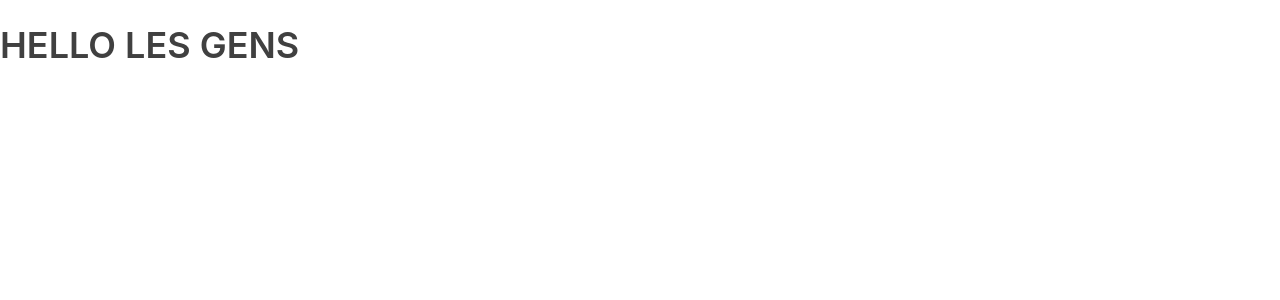
Repository: romgrm/firstAppInReact
Page: /
These files come from the project's save history. The page is drawn as it stood at one moment and after a run of saves; the edit follows.
The browser window is 1280 px wide. The pictures show the whole page.
The project was rebuilt for these pictures with package versions that can differ from the ones it lists, and the page was loaded fresh each time.

Above is the page before, as saved 2020-11-15 18:23:09.

### public/index.html
<!DOCTYPE html>
<html lang="en">
  <head>
    <meta charset="utf-8" />
    <meta name="viewport" content="width=device-width, initial-scale=1, shrink-to-fit=no" />
    <title>React App</title>
  </head>
  <body>
    <noscript>
    </noscript>
    <div id="root"></div>
  </body>
</html>

### src/App.js
import React, { Component } from 'react';

class App extends Component {
    render() {
      return (
        <div className="App">
          <h1>HELLO LES GENS</h1>
        </div>
      )
    }
  }

  export default App

### src/index.css
/*!
 * Primitive UI | MIT License
 *
 * A minimalist front-end design toolkit built with Sass for developing
 * responsive, browser-consistent web apps.
 *
 * Author: Tania Rascia <hello@taniarascia.com>
 * Source: https://github.com/taniarascia/primitive
 * Documentation: https://taniarascia.github.io/primitive
 */
/**
 * Variables
 *
 * The majority of the configuration for the toolkit.
 */
/*! normalize.css v8.0.1 | MIT License | github.com/necolas/normalize.css */
/* Document
   ========================================================================== */
/**
 * 1. Correct the line height in all browsers.
 * 2. Prevent adjustments of font size after orientation changes in iOS.
 */
 html {
  line-height: 1.15;
  /* 1 */
  -webkit-text-size-adjust: 100%;
  /* 2 */
}

/* Sections
   ========================================================================== */
/**
 * Remove the margin in all browsers.
 */
body {
  margin: 0;
}

/**
 * Render the `main` element consistently in IE.
 */
main {
  display: block;
}

/**
 * Correct the font size and margin on `h1` elements within `section` and
 * `article` contexts in Chrome, Firefox, and Safari.
 */
h1 {
  font-size: 2em;
  margin: 0.67em 0;
}

/* Grouping content
   ========================================================================== */
/**
 * 1. Add the correct box sizing in Firefox.
 * 2. Show the overflow in Edge and IE.
 */
hr {
  box-sizing: content-box;
  /* 1 */
  height: 0;
  /* 1 */
  overflow: visible;
  /* 2 */
}

/**
 * 1. Correct the inheritance and scaling of font size in all browsers.
 * 2. Correct the odd `em` font sizing in all browsers.
 */
pre {
  font-family: monospace, monospace;
  /* 1 */
  font-size: 1em;
  /* 2 */
}

/* Text-level semantics
   ========================================================================== */
/**
 * Remove the gray background on active links in IE 10.
 */
a {
  background-color: transparent;
}

/**
 * 1. Remove the bottom border in Chrome 57-
 * 2. Add the correct text decoration in Chrome, Edge, IE, Opera, and Safari.
 */
abbr[title] {
  border-bottom: none;
  /* 1 */
  text-decoration: underline;
  /* 2 */
  text-decoration: underline dotted;
  /* 2 */
}

/**
 * Add the correct font weight in Chrome, Edge, and Safari.
 */
b,
strong {
  font-weight: bolder;
}

/**
 * 1. Correct the inheritance and scaling of font size in all browsers.
 * 2. Correct the odd `em` font sizing in all browsers.
 */
code,
kbd,
samp {
  font-family: monospace, monospace;
  /* 1 */
  font-size: 1em;
  /* 2 */
}

/**
 * Add the correct font size in all browsers.
 */
small {
  font-size: 80%;
}

/**
 * Prevent `sub` and `sup` elements from affecting the line height in
 * all browsers.
 */
sub,
sup {
  font-size: 75%;
  line-height: 0;
  position: relative;
  vertical-align: baseline;
}

sub {
  bottom: -0.25em;
}

sup {
  top: -0.5em;
}

/* Embedded content
   ========================================================================== */
/**
 * Remove the border on images inside links in IE 10.
 */
img {
  border-style: none;
}

/* Forms
   ========================================================================== */
/**
 * 1. Change the font styles in all browsers.
 * 2. Remove the margin in Firefox and Safari.
 */
button,
input,
optgroup,
select,
textarea {
  font-family: inherit;
  /* 1 */
  font-size: 100%;
  /* 1 */
  line-height: 1.15;
  /* 1 */
  margin: 0;
  /* 2 */
}

/**
 * Show the overflow in IE.
 * 1. Show the overflow in Edge.
 */
button,
input {
  /* 1 */
  overflow: visible;
}

/**
 * Remove the inheritance of text transform in Edge, Firefox, and IE.
 * 1. Remove the inheritance of text transform in Firefox.
 */
button,
select {
  /* 1 */
  text-transform: none;
}

/**
 * Correct the inability to style clickable types in iOS and Safari.
 */
button,
[type='button'],
[type='reset'],
[type='submit'] {
  -webkit-appearance: button;
}

/**
 * Remove the inner border and padding in Firefox.
 */
button::-moz-focus-inner,
[type='button']::-moz-focus-inner,
[type='reset']::-moz-focus-inner,
[type='submit']::-moz-focus-inner {
  border-style: none;
  padding: 0;
}

/**
 * Restore the focus styles unset by the previous rule.
 */
button:-moz-focusring,
[type='button']:-moz-focusring,
[type='reset']:-moz-focusring,
[type='submit']:-moz-focusring {
  outline: 1px dotted ButtonText;
}

/**
 * Correct the padding in Firefox.
 */
fieldset {
  padding: 0.35em 0.75em 0.625em;
}

/**
 * 1. Correct the text wrapping in Edge and IE.
 * 2. Correct the color inheritance from `fieldset` elements in IE.
 * 3. Remove the padding so developers are not caught out when they zero out
 *    `fieldset` elements in all browsers.
 */
legend {
  box-sizing: border-box;
  /* 1 */
  color: inherit;
  /* 2 */
  display: table;
  /* 1 */
  max-width: 100%;
  /* 1 */
  padding: 0;
  /* 3 */
  white-space: normal;
  /* 1 */
}

/**
 * Add the correct vertical alignment in Chrome, Firefox, and Opera.
 */
progress {
  vertical-align: baseline;
}

/**
 * Remove the default vertical scrollbar in IE 10+.
 */
textarea {
  overflow: auto;
}

/**
 * 1. Add the correct box sizing in IE 10.
 * 2. Remove the padding in IE 10.
 */
[type='checkbox'],
[type='radio'] {
  box-sizing: border-box;
  /* 1 */
  padding: 0;
  /* 2 */
}

/**
 * Correct the cursor style of increment and decrement buttons in Chrome.
 */
[type='number']::-webkit-inner-spin-button,
[type='number']::-webkit-outer-spin-button {
  height: auto;
}

/**
 * 1. Correct the odd appearance in Chrome and Safari.
 * 2. Correct the outline style in Safari.
 */
[type='search'] {
  -webkit-appearance: textfield;
  /* 1 */
  outline-offset: -2px;
  /* 2 */
}

/**
 * Remove the inner padding in Chrome and Safari on macOS.
 */
[type='search']::-webkit-search-decoration {
  -webkit-appearance: none;
}

/**
 * 1. Correct the inability to style clickable types in iOS and Safari.
 * 2. Change font properties to `inherit` in Safari.
 */
::-webkit-file-upload-button {
  -webkit-appearance: button;
  /* 1 */
  font: inherit;
  /* 2 */
}

/* Interactive
   ========================================================================== */
/*
 * Add the correct display in Edge, IE 10+, and Firefox.
 */
details {
  display: block;
}

/*
 * Add the correct display in all browsers.
 */
summary {
  display: list-item;
}

/* Misc
   ========================================================================== */
/**
 * Add the correct display in IE 10+.
 */
template {
  display: none;
}

/**
 * Add the correct display in IE 10.
 */
[hidden] {
  display: none;
}

html {
  box-sizing: border-box;
}

*,
*::before,
*::after {
  box-sizing: inherit;
}

figure {
  margin: 0;
}

/**
 * Scaffolding
 */
html {
  -webkit-font-smoothing: antialiased;
  -moz-osx-font-smoothing: grayscale;
  font: normal normal normal 1rem/1.6 -apple-system, BlinkMacSystemFont, Helvetica Neue, Helvetica, Arial, sans-serif;
  font-size: 1rem;
}

body {
  color: #404040;
  background: white;
  font-size: 1rem;
}

p,
ol,
ul,
dl,
table {
  margin: 0 0 1.5rem 0;
}

ul li ul {
  margin-bottom: 0;
}

ol li ol {
  margin-bottom: 0;
}

h1,
h2,
h3,
h4,
h5 {
  margin: 1.5rem 0;
  font-weight: 600;
  font-family: -apple-system, BlinkMacSystemFont, Helvetica Neue, Helvetica, Arial, sans-serif;
  line-height: 1.2;
  color: #404040;
}

h1:not(:first-child),
h2:not(:first-child),
h3:not(:first-child),
h4:not(:first-child),
h5:not(:first-child) {
  margin: 1.5rem 0;
}

h1:not(:first-child),
h2:not(:first-child),
h3:not(:first-child) {
  margin-top: 2rem;
}

h1 {
  font-size: 1.75rem;
}

h2 {
  font-size: 1.5rem;
}

h3 {
  font-size: 1.25rem;
}

h4 {
  font-size: 1.1rem;
}

h5 {
  font-size: 1rem;
}

@media (min-width: 600px) {
  h1:not(:first-child),
  h2:not(:first-child),
  h3:not(:first-child) {
    margin-top: 2.5rem;
  }
  h1 {
    font-size: 2.25rem;
  }
  h2 {
    font-size: 2rem;
  }
  h3 {
    font-size: 1.75rem;
  }
  h4 {
    font-size: 1.5rem;
  }
  h5 {
    font-size: 1.25rem;
  }
}

a {
  color: #0366ee;
  text-decoration: none;
}

a:hover, a:active, a:focus {
  color: #0246a2;
  text-decoration: underline;
}

mark {
  background: #ffeea8;
  padding: 0 0.2rem;
}

blockquote {
  margin: 0 0 1.5rem 0;
  border-left: 16px solid #f0f0f0;
  padding: 0 1.5rem;
  font-size: 1.5rem;
}

blockquote cite {
  display: block;
  margin-top: 1.5rem;
  font-size: 1rem;
  text-align: right;
}

pre {
  border: 0;
  border-radius: 4px;
  background: transparent;
  padding: 1rem;
  tab-size: 2;
  color: #404040;
  font-family: Menlo, monospace;
  font-size: 14px;
  margin: 0 0 1.5rem 0;
}

pre code {
  font-family: Menlo, monospace;
  line-height: 1.2;
}

kbd {
  background-color: #f7f7f7;
  border: 1px solid #ccc;
  border-radius: 3px;
  box-shadow: 0 1px 0 rgba(0, 0, 0, 0.2), 0 0 0 2px #fff inset;
  color: #333;
  display: inline-block;
  font-family: Helvetica, Arial, sans-serif;
  font-size: 13px;
  line-height: 1.4;
  margin: 0 0.1em;
  padding: 0.1em 0.6em;
  text-shadow: 0 1px 0 #fff;
}

:not(pre) > code {
  color: #404040;
  background: transparent;
  font-family: Menlo, monospace;
  font-size: 14px;
  padding: 0 0.2rem;
  border: 1px solid #dedede;
  border-radius: 4px;
}

hr {
  height: 0;
  border: 0;
  border-top: 1px solid #dedede;
}

dt {
  font-weight: 600;
}

dd {
  margin-bottom: 0.5rem;
}

.full-container {
  max-width: 100%;
  padding: 0 1rem;
}

.container, .small-container, .medium-container {
  max-width: 1200px;
  padding: 0 1rem;
  margin-left: auto;
  margin-right: auto;
}

.small-container {
  max-width: 800px;
}

.medium-container {
  max-width: 1000px;
}

.content-section {
  padding: 30px 0;
}

@media (min-width: 600px) {
  .content-section {
    padding: 60px 0;
  }
}

/**
 * Grid
 */
.flex-small,
.flex-large {
  padding-left: 1rem;
  padding-right: 1rem;
}

.flex-row {
  margin-left: -1rem;
  margin-right: -1rem;
}

.flex-row {
  display: flex;
  flex-direction: row;
  flex-wrap: wrap;
}

.flex-small,
.flex-large {
  flex-basis: 100%;
  margin-bottom: 1rem;
}

/* Small screen breakpoint */
@media (min-width: 600px) {
  .flex-small {
    flex: 1;
    margin-bottom: 0;
  }
  .flex-small.half {
    flex: 0 0 calc(1 / 2 * 100%);
  }
  .flex-small.one-fourth {
    flex: 0 0 calc(1 / 4 * 100%);
  }
  .flex-small.three-fourths {
    flex: 0 0 calc(3 / 4 * 100%);
  }
  .flex-small.one-third {
    flex: 0 0 calc(1 / 3 * 100%);
  }
  .flex-small.two-thirds {
    flex: 0 0 calc(2 / 3 * 100%);
  }
}

/* Large screen breakpoint */
@media (min-width: 1000px) {
  .flex-large {
    flex: 1;
    margin-bottom: 0;
  }
  .flex-large.half {
    flex: 0 0 calc(1 / 2 * 100%);
  }
  .flex-large.one-fourth {
    flex: 0 0 calc(1 / 4 * 100%);
  }
  .flex-large.three-fourths {
    flex: 0 0 calc(3 / 4 * 100%);
  }
  .flex-large.one-third {
    flex: 0 0 calc(1 / 3 * 100%);
  }
  .flex-large.two-thirds {
    flex: 0 0 calc(2 / 3 * 100%);
  }
}

/**
 * Helpers
 */
.clearfix::before,
.clearfix::after {
  content: ' ';
  display: block;
}

.clearfix:after {
  clear: both;
}

.text-left {
  text-align: left;
}

.text-right {
  text-align: right;
}

.text-center {
  text-align: center;
}

.text-justify {
  text-align: justify;
}

.block {
  display: block;
}

.inline-block {
  display: inline-block;
}

.inline {
  display: inline;
}

.vertical-center {
  display: flex;
  align-items: center;
  justify-content: center;
}

.responsive-image {
  max-width: 100%;
  height: auto;
}

.show {
  display: block !important;
}

.hide {
  display: none !important;
}

.invisible {
  visibility: hidden;
}

.no-padding-top {
  padding-top: 0;
}

.no-padding-bottom {
  padding-bottom: 0;
}

.padding-top {
  padding-top: 2rem;
}

.padding-bottom {
  padding-bottom: 2rem;
}

.no-margin-top {
  margin-top: 0;
}

.no-margin-bottom {
  margin-bottom: 0;
}

.margin-top {
  margin-top: 2rem;
}

.margin-bottom {
  margin-bottom: 2rem;
}

.alternate-background {
  background: #fafafa;
  color: #404040;
}

.space-between {
  justify-content: space-between;
}

.justify-center {
  justify-content: center;
}

.align-center {
  align-items: center;
}

.screen-reader-text {
  clip: rect(1px, 1px, 1px, 1px);
  position: absolute !important;
  height: 1px;
  width: 1px;
  overflow: hidden;
}

/**
 * Buttons
 */
.button, a.button, button, [type=submit], [type=reset], [type=button] {
  -webkit-appearance: none;
  display: inline-block;
  border: 1px solid #0366ee;
  border-radius: 4px;
  background: #0366ee;
  color: #ffffff;
  font-weight: 600;
  font-family: -apple-system, BlinkMacSystemFont, Helvetica Neue, Helvetica, Arial, sans-serif;
  font-size: 1rem;
  text-transform: none;
  padding: 0.75rem 1.25rem;
  margin: 0 0 0.5rem 0;
  vertical-align: middle;
  text-align: center;
  cursor: pointer;
  text-decoration: none;
  line-height: 1;
}

.button:hover, a.button:hover, button:hover, [type=submit]:hover, [type=reset]:hover, [type=button]:hover {
  border: 1px solid #0250bc;
  background: #0250bc;
  color: #ffffff;
  text-decoration: none;
}

.button:focus, .button:active, a.button:focus, a.button:active, button:focus, button:active, [type=submit]:focus, [type=submit]:active, [type=reset]:focus, [type=reset]:active, [type=button]:focus, [type=button]:active {
  border: 1px solid #0250bc;
  background: #0250bc;
  color: #ffffff;
  text-decoration: none;
}

.button::-moz-focus-inner, a.button::-moz-focus-inner, button::-moz-focus-inner, [type=submit]::-moz-focus-inner, [type=reset]::-moz-focus-inner, [type=button]::-moz-focus-inner {
  border: 0;
  padding: 0;
}

.accent-button,
a.accent-button {
  color: #ffffff;
  border: 1px solid #29de7d;
  background: #29de7d;
}

.accent-button:hover, .accent-button:focus, .accent-button:active,
a.accent-button:hover,
a.accent-button:focus,
a.accent-button:active {
  color: #ffffff;
  border: 1px solid #1cb864;
  background: #1cb864;
}

.muted-button,
a.muted-button {
  background: transparent;
  border: 1px solid #cdcdcd;
  color: #4e4e4e;
}

.muted-button:hover, .muted-button:focus, .muted-button:active,
a.muted-button:hover,
a.muted-button:focus,
a.muted-button:active {
  color: #4e4e4e;
  border: 1px solid #818181;
  background: transparent;
}

.round-button,
a.round-button {
  border-radius: 40px;
}

.square-button,
a.square-button {
  border-radius: 0;
}

.full-button,
a.full-button {
  display: block;
  width: 100%;
}

/**
 * Forms
 */
[type=color], [type=date], [type=datetime], [type=datetime-local], [type=email], [type=month], [type=number], [type=password], [type=search], [type=tel], [type=text], [type=url], [type=week], [type=time], select, textarea {
  display: block;
  border: 1px solid #dedede;
  border-radius: 4px;
  padding: 0.75rem;
  outline: none;
  background: transparent;
  margin-bottom: 0.5rem;
  font-size: 1rem;
  width: 100%;
  max-width: 100%;
  line-height: 1;
}

[type=color]:hover, [type=date]:hover, [type=datetime]:hover, [type=datetime-local]:hover, [type=email]:hover, [type=month]:hover, [type=number]:hover, [type=password]:hover, [type=search]:hover, [type=tel]:hover, [type=text]:hover, [type=url]:hover, [type=week]:hover, [type=time]:hover, select:hover, textarea:hover {
  border: 1px solid #c5c5c5;
}

[type=color]:focus, [type=color]:active, [type=date]:focus, [type=date]:active, [type=datetime]:focus, [type=datetime]:active, [type=datetime-local]:focus, [type=datetime-local]:active, [type=email]:focus, [type=email]:active, [type=month]:focus, [type=month]:active, [type=number]:focus, [type=number]:active, [type=password]:focus, [type=password]:active, [type=search]:focus, [type=search]:active, [type=tel]:focus, [type=tel]:active, [type=text]:focus, [type=text]:active, [type=url]:focus, [type=url]:active, [type=week]:focus, [type=week]:active, [type=time]:focus, [type=time]:active, select:focus, select:active, textarea:focus, textarea:active {
  border: 1px solid #0366ee;
  box-shadow: inset 0 1px 1px rgba(0, 0, 0, 0.1), 0 0 6px #8cbcfe;
}

textarea {
  overflow: auto;
  height: auto;
}

fieldset {
  border: 1px solid #dedede;
  border-radius: 4px;
  padding: 1rem;
  margin: 1.5rem 0;
}

legend {
  padding: 0 0.5rem;
  font-weight: 600;
}

select {
  color: #404040;
  -webkit-appearance: none;
  -moz-appearance: none;
  background: url(data:[embedded picture, 354 characters]) right center no-repeat;
  line-height: 1;
}

select::-ms-expand {
  display: none;
}

[type='range'] {
  width: 100%;
}

label {
  font-weight: 600;
  max-width: 100%;
  display: block;
  margin: 1rem 0 0.5rem;
}

@media (min-width: 600px) {
  .split-form label {
    text-align: right;
    padding: 0 0.5rem;
    margin-bottom: 1rem;
  }
}

input.has-error, input.has-error:hover, input.has-error:focus, input.has-error:active,
select.has-error,
select.has-error:hover,
select.has-error:focus,
select.has-error:active,
textarea.has-error,
textarea.has-error:hover,
textarea.has-error:focus,
textarea.has-error:active {
  border: 1px solid #d33c40;
  box-shadow: inset 0 1px 1px rgba(0, 0, 0, 0.1), 0 0 6px #f4cecf;
}

input.is-success, input.is-success:hover, input.is-success:focus, input.is-success:active,
select.is-success,
select.is-success:hover,
select.is-success:focus,
select.is-success:active,
textarea.is-success,
textarea.is-success:hover,
textarea.is-success:focus,
textarea.is-success:active {
  border: 1px solid #29de7d;
  box-shadow: inset 0 1px 1px rgba(0, 0, 0, 0.1), 0 0 6px #97efc0;
}

::-webkit-input-placeholder,
::-moz-placeholder,
:-moz-placeholder,
:-ms-input-placeholder {
  color: #9a9a9a;
}

/**
 * Tables
 */
table {
  border-collapse: collapse;
  border-spacing: 0;
  width: 100%;
  max-width: 100%;
}

thead th {
  border-bottom: 2px solid #dedede;
}

tfoot th {
  border-top: 2px solid #dedede;
}

td {
  border-bottom: 1px solid #dedede;
}

th,
td {
  text-align: left;
  padding: 0.5rem;
}

caption {
  padding: 1rem 0;
  caption-side: bottom;
  color: #ababab;
}

.striped-table tbody tr:nth-child(odd) {
  background-color: #f8f8f8;
}

.contain-table {
  overflow-x: auto;
}

@media (min-width: 600px) {
  .contain-table {
    width: 100%;
  }
}

/*
 * Navigation
 */
/**
 * Layout
 */

### src/Table.js
import React, {Component} from 'react'


class Table extends Composant {
    render() {
        return (
            <table>
              <thead>
                <tr>
                  <th>Name</th>
                  <th>Job</th>
                </tr>
              </thead>
              <tbody>
                <tr>
                  <td>Charlie</td>
                  <td>Janitor</td>
                </tr>
                <tr>
                  <td>Mac</td>
                  <td>Bouncer</td>
                </tr>
                <tr>
                  <td>Dee</td>
                  <td>Aspiring actress</td>
                </tr>
                <tr>
                  <td>Dennis</td>
                  <td>Bartender</td>
                </tr>
              </tbody>
            </table>
          )
    }
}

export default Table

Loaded but not shown: src/index.js (common file)

After the next 2 saves:
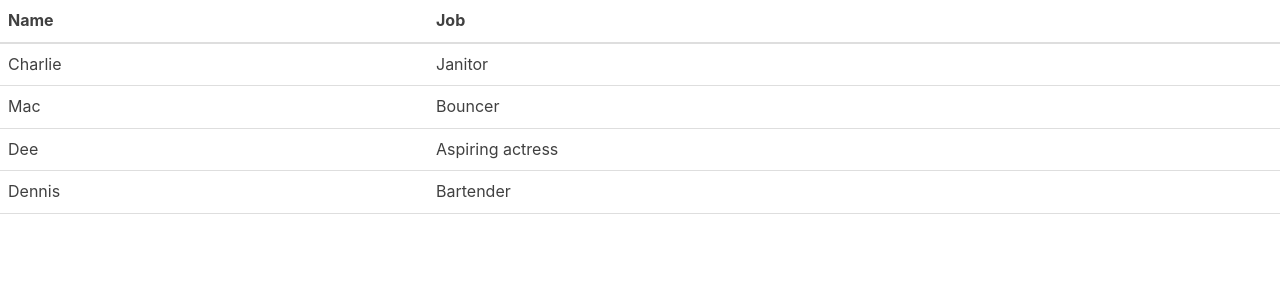
The 2 saves are shown as one change because 1 did not build or start.
The last was saved 96 s later.
--- a/src/App.js
+++ b/src/App.js
@@ -1,10 +1,11 @@
 import React, { Component } from 'react';
+import Table from './Table'
 
 class App extends Component {
     render() {
       return (
-        <div className="App">
-          <h1>HELLO LES GENS</h1>
+        <div className="Container">
+          <Table />
         </div>
       )
     }
--- a/src/Table.js
+++ b/src/Table.js
@@ -1,7 +1,7 @@
 import React, {Component} from 'react'
 
 
-class Table extends Composant {
+class Table extends Component {
     render() {
         return (
             <table>
